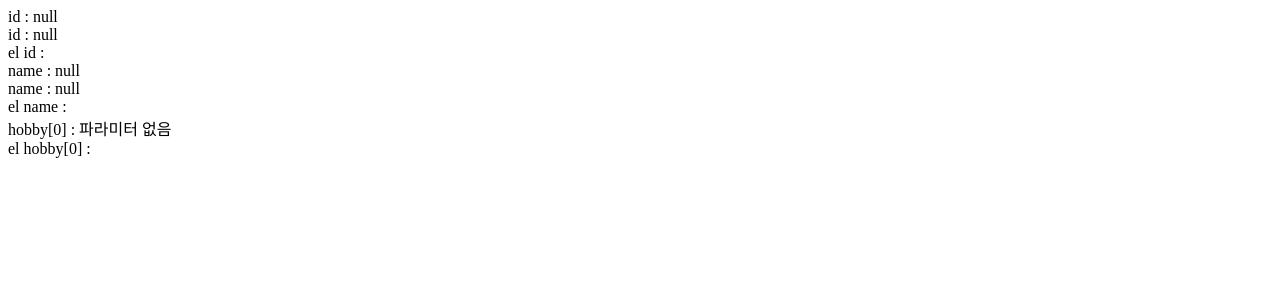
Repository: sunnny10/web-workspace
Page: http://localhost/Lecture-Web/jsp/el/exam02.jsp
These files come from the project's save history. The page is drawn as it stood at one moment and after the next save; the edit follows.
The browser window is 1280 px wide. The pictures show the whole page.
The page is served by Tomcat 9. Other server files are loaded and not shown.

Above is the page before, as saved 2022-06-07 01:50:00.

### Lecture-Web/src/main/webapp/jsp/el/exam02.jsp
<%@ page language="java" contentType="text/html; charset=UTF-8"
    pageEncoding="UTF-8"%>
<!DOCTYPE html>
<html>
<head>
<meta charset="UTF-8">
<title>Insert title here</title>
</head>
<body>
<%--
	http://localhost:9999/jsp/el/exam02.jsp?id=aaa&name=bbb 요청을 했다는 가정하에....
--%>
<%
	String id = request.getParameter("id");
	String name = request.getParameter("name");
	String[] hobby = request.getParameterValues("hobby");
	if(hobby == null) {
		hobby = new String[]{"파라미터 없음"};
	}
%>
	id : <%= id %><br>
	id : <%= request.getParameter("id") %><br>
	el id : ${ param.id }<br>

	name : <%= name %><br>
	name : <%= request.getParameter("name") %><br>
	el name : ${ param.name }<br>

	<%--
	http://localhost:9999/jsp/el/exam02.jsp
	?id=aaa&name=bbb&hobby=music&hobby=movie&hobby=reading 요청을 했다는 가정하에....
	--%>
	hobby[0] : <%= hobby[0] %><br>
	el hobby[0] : ${ paramValues.hobby[0] }<br>
</body>
</html>

After the next save:
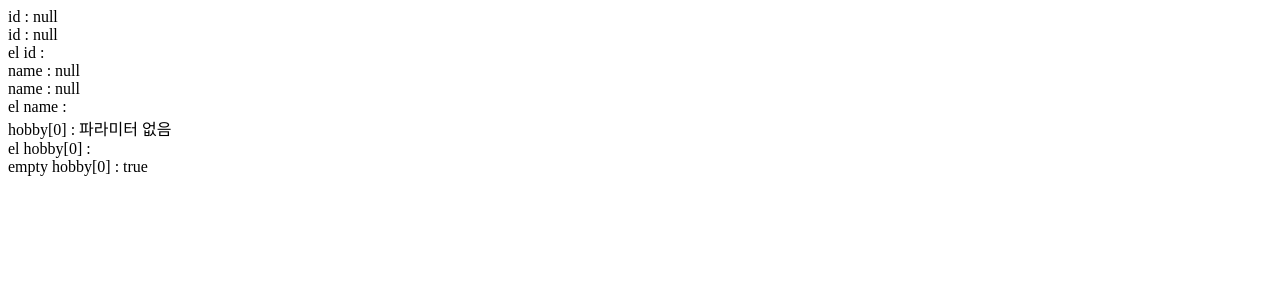
Saved 2 min 40 s later.
--- a/Lecture-Web/src/main/webapp/jsp/el/exam02.jsp
+++ b/Lecture-Web/src/main/webapp/jsp/el/exam02.jsp
@@ -32,5 +32,6 @@
 	--%>
 	hobby[0] : <%= hobby[0] %><br>
 	el hobby[0] : ${ paramValues.hobby[0] }<br>
+	empty hobby[0] : ${ empty paramValues.hobby[0] }<br>
 </body>
 </html>
